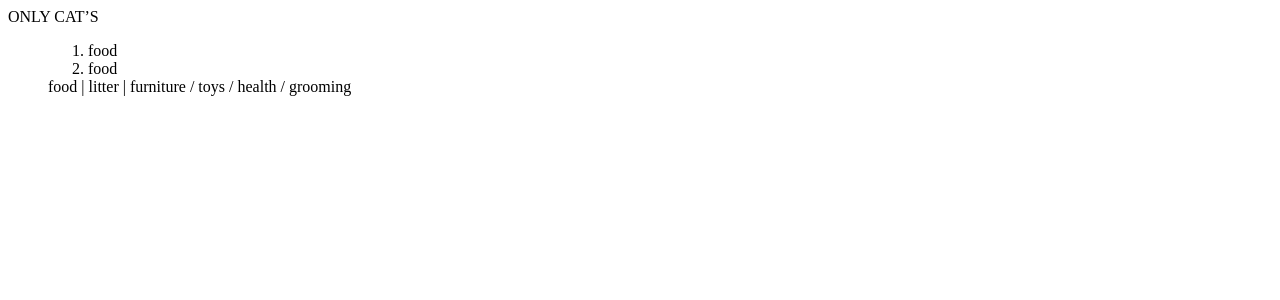
Repository: itson1115/chan_git
Page: cat/index2.html
These files come from the project's save history. The page is drawn as it stood at one moment and after a run of saves; the edit follows.
The browser window is 1280 px wide. The pictures show the whole page.

Above is the page before, as saved 2021-09-02 02:14:38.

### cat/index2.html
<!DOCTYPE html>
<html lang="ko">
<head>
  <meta charset="UTF-8">
  <meta http-equiv="X-UA-Compatible" content="IE=edge">
  <meta name="viewport" content="width=device-width, initial-scale=1.0">
  <title>Document</title>
  <link rel="stylesheet" href="css/style2.css">
</head>
<body>

  <header>
    <div>ONLY CAT’S</div>
    <nav>
      <ol>
      <ol>
        <li>food</li>
        <li>food</li>
      </ol>food
      |
      litter
      |
      furniture
      /
      toys
      /
      health
      /
      grooming</nav>
  </header>
  <div class="container">

  </div>
</body>
</html>

### cat/css/style2.css
@import url("https://fonts.googleapis.com/css?family=Roboto:700");

:root {
  --title-text-show-delay: 0.5s;
  --title-text-show-duration: 0.5s;
  --title-rect-show-duration: 0.3s;
  --title-cats-show-duration: 0.4s;
  --title-rect-hide-delay: 2s;
}

.animated-title {
  color: #000;
  font-family: Roboto, Arial, sans-serif;
  height: 90vmin;
  margin: 0 auto;
  position: relative;
  top: 100%;
  width: 90vmin;
}
.animated-title > div {
  height: 50%;
  overflow: hidden;
  position: absolute;
  width: 100%;
}
.animated-title > div div {
  position: absolute;
}

.animated-title > .text-rect {
  background: red;
  margin: auto auto;
  left: 0;
  right: 0;
  width: 30vmax;
  height: 5vmin;
  top: calc(50% - 2.55vmin);
  /* top: 50%; */

  animation: repositionLogo 1s 0s forwards;
}

.animated-title > .text-rect > div {
  left: 0;
  right: 0;
  text-align: center;
  font-size: 4vmin;
  display: inline;
}

@keyframes repositionLogo {
  to {
    opacity: 0;
  }
}

After the next 7 saves:
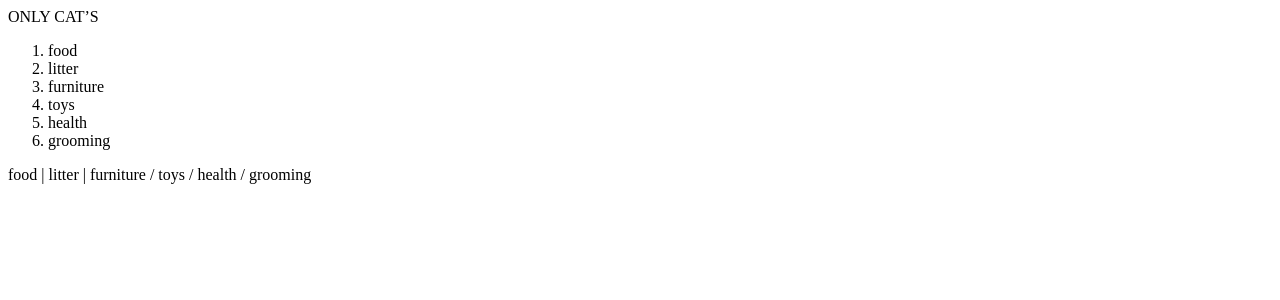
The 7 saves are shown as one change because they came seconds apart.
The last was saved 17 s later.
--- a/cat/index2.html
+++ b/cat/index2.html
@@ -13,9 +13,12 @@
     <div>ONLY CAT’S</div>
     <nav>
       <ol>
-      <ol>
         <li>food</li>
-        <li>food</li>
+        <li>litter</li>
+        <li>furniture</li>
+        <li>toys</li>
+        <li>health</li>
+        <li>grooming</li>
       </ol>food
       |
       litter
